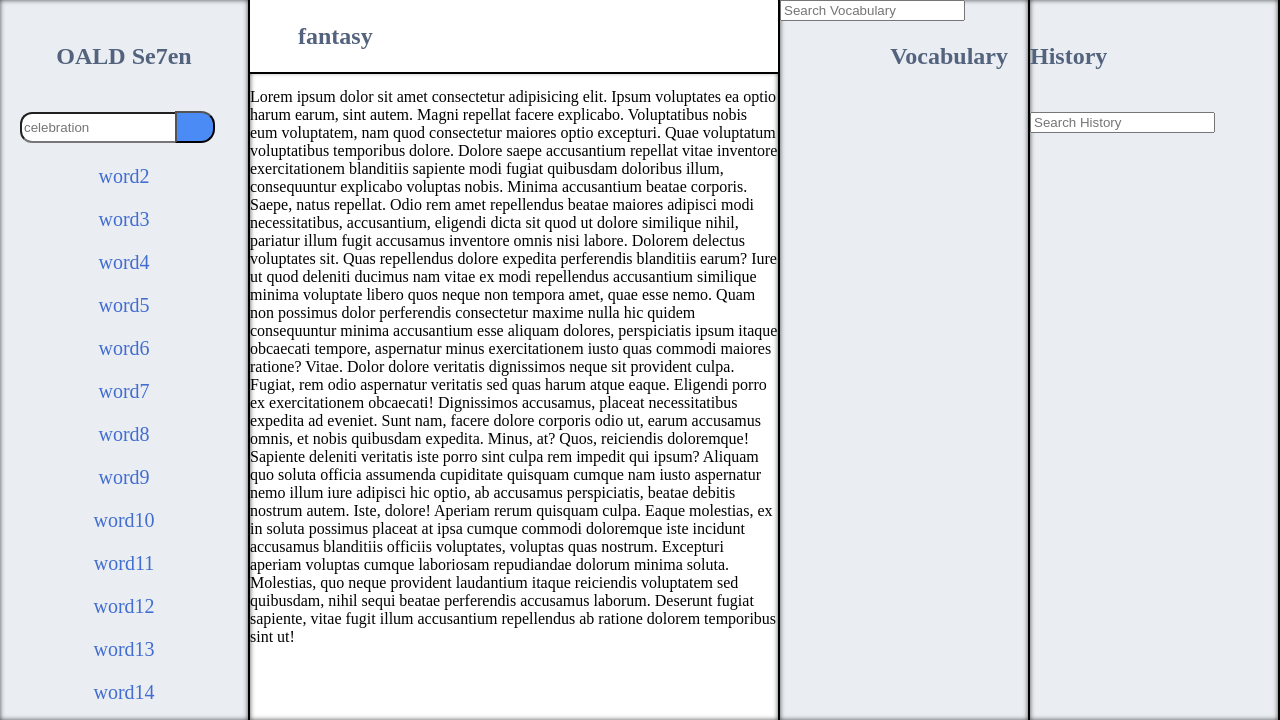
Repository: JJianZ/miao
Page: a.html
An editor plug-in stored every save of this project. The page is shown before and after the next save, followed by the edit.
The browser window is 1280 px wide. The pictures show the whole page.

Above is the page before, as saved 2021-11-23 10:51:31.

### a.html
<!DOCTYPE html>
<html lang="en">
<head>
  <meta charset="UTF-8">
  <meta http-equiv="X-UA-Compatible" content="IE=edge">
  <meta name="viewport" content="width=device-width, initial-scale=1.0">
  <title>Document</title>
  <style>
    html,body {
      margin: 0;
      padding: 0;
      height: 100%;
    }

    div {
      /* width: 100%; */
      height: 100%;
      position: relative;
      min-width: 300px;
      overflow: auto;
    }
    div > * {
      box-shadow:0px 0px 5px rgba(0,0,0,0.7) inset;
    }
    aside {
      position: absolute;
      width: 250px;
      height: 100%;
      background-color: #eaeef3;
      border-right: black 2px solid;
      box-sizing: border-box;
      overflow: auto;
    }
    h2 {
      position: relative;
      height: 72px;
      line-height: 72px;
      color: #53637d;
    }
    .first h2 {
      text-align: center;
    }
    .first input {
      position: absolute;
      height: 25px;
      width: 150px;
      left: 20px;
      border-radius: 12px 0  0  12px;
    }
    .first button {
      position: absolute;
      background-color: #4a8bf5;
      height: 32px;
      width: 40px;
      top: 111px;
      left: 175px;
      border-radius: 0 14px 14px 0;
    }
    .first ul {
      padding: 0;
      list-style: none;
      font-size: 20px;
      text-align: center;
    }
    .first ul a {
      color: #426dd0;
      text-decoration: none;
      display: inline-block;
      padding: 10px 0;
    }
    .first ul a:hover {
      width: 100%;
      color: black;
      background-color: #bbcee9;
    }
    header {
      position: absolute;
      left: 250px;
      height: 72px;
      right: 500px;
      line-height: 70px;
      border-bottom: black 2px solid;
      border-right: black 2px solid;
      box-shadow: none;
    }
    header h2 {
      left: 2em;
      top: -20px;
    }
    main {
      position: absolute;
      top: 72px;
      left: 250px;
      right: 500px;
      bottom: 0;
      border-right: black 2px solid;
      overflow: auto;
    }
    .second {
      right: 250px;
    }
    .second h2 {
      position: absolute;
      right: 20px;
    }
    .third {
      right: 0px;
    }
  </style>
</head>
<body>
  <div>
    <aside class="first">
      <h2>OALD Se7en</h2>
      <input type="text" placeholder="celebration">
      <button></button>
      <ul>
        <li><a href="#">word1</a></li>
        <li><a href="#">word2</a></li>
        <li><a href="#">word3</a></li>
        <li><a href="#">word4</a></li>
        <li><a href="#">word5</a></li>
        <li><a href="#">word6</a></li>
        <li><a href="#">word7</a></li>
        <li><a href="#">word8</a></li>
        <li><a href="#">word9</a></li>
        <li><a href="#">word10</a></li>
        <li><a href="#">word11</a></li>
        <li><a href="#">word12</a></li>
        <li><a href="#">word13</a></li>
        <li><a href="#">word14</a></li>
        <li><a href="#">word15</a></li>
        <li><a href="#">word16</a></li>
        <li><a href="#">word17</a></li>
        <li><a href="#">word18</a></li>
        <li><a href="#">word19</a></li>
        <li><a href="#">word20</a></li>
        <li><a href="#">word21</a></li>
        <li><a href="#">word22</a></li>
        <li><a href="#">word23</a></li>
        <li><a href="#">word24</a></li>
        <li><a href="#">word25</a></li>
        <li><a href="#">word26</a></li>
        <li><a href="#">word27</a></li>
        <li><a href="#">word28</a></li>
        <li><a href="#">word29</a></li>
        <li><a href="#">word30</a></li>
      </ul>
    </aside>
    <header>
      <h2>fantasy</h2>
    </header>
    <main>
      <p>
        Lorem ipsum dolor sit amet consectetur adipisicing elit. Ipsum voluptates ea optio harum earum, sint autem. Magni repellat facere explicabo. Voluptatibus nobis eum voluptatem, nam quod consectetur maiores optio excepturi.
        Quae voluptatum voluptatibus temporibus dolore. Dolore saepe accusantium repellat vitae inventore exercitationem blanditiis sapiente modi fugiat quibusdam doloribus illum, consequuntur explicabo voluptas nobis. Minima accusantium beatae corporis. Saepe, natus repellat.
        Odio rem amet repellendus beatae maiores adipisci modi necessitatibus, accusantium, eligendi dicta sit quod ut dolore similique nihil, pariatur illum fugit accusamus inventore omnis nisi labore. Dolorem delectus voluptates sit.
        Quas repellendus dolore expedita perferendis blanditiis earum? Iure ut quod deleniti ducimus nam vitae ex modi repellendus accusantium similique minima voluptate libero quos neque non tempora amet, quae esse nemo.
        Quam non possimus dolor perferendis consectetur maxime nulla hic quidem consequuntur minima accusantium esse aliquam dolores, perspiciatis ipsum itaque obcaecati tempore, aspernatur minus exercitationem iusto quas commodi maiores ratione? Vitae.
        Dolor dolore veritatis dignissimos neque sit provident culpa. Fugiat, rem odio aspernatur veritatis sed quas harum atque eaque. Eligendi porro ex exercitationem obcaecati! Dignissimos accusamus, placeat necessitatibus expedita ad eveniet.
        Sunt nam, facere dolore corporis odio ut, earum accusamus omnis, et nobis quibusdam expedita. Minus, at? Quos, reiciendis doloremque! Sapiente deleniti veritatis iste porro sint culpa rem impedit qui ipsum?
        Aliquam quo soluta officia assumenda cupiditate quisquam cumque nam iusto aspernatur nemo illum iure adipisci hic optio, ab accusamus perspiciatis, beatae debitis nostrum autem. Iste, dolore! Aperiam rerum quisquam culpa.
        Eaque molestias, ex in soluta possimus placeat at ipsa cumque commodi doloremque iste incidunt accusamus blanditiis officiis voluptates, voluptas quas nostrum. Excepturi aperiam voluptas cumque laboriosam repudiandae dolorum minima soluta.
        Molestias, quo neque provident laudantium itaque reiciendis voluptatem sed quibusdam, nihil sequi beatae perferendis accusamus laborum. Deserunt fugiat sapiente, vitae fugit illum accusantium repellendus ab ratione dolorem temporibus sint ut!
      </p>
    </main>
    <aside class="second">
      <h2>Vocabulary</h2>
      <input type="text" placeholder="Search Vocabulary">
    </aside>
    <aside class="third">
      <h2>History</h2>
      <input type="text" placeholder="Search History">
    </aside>
  </div>
</body>
</html>

After the next save:
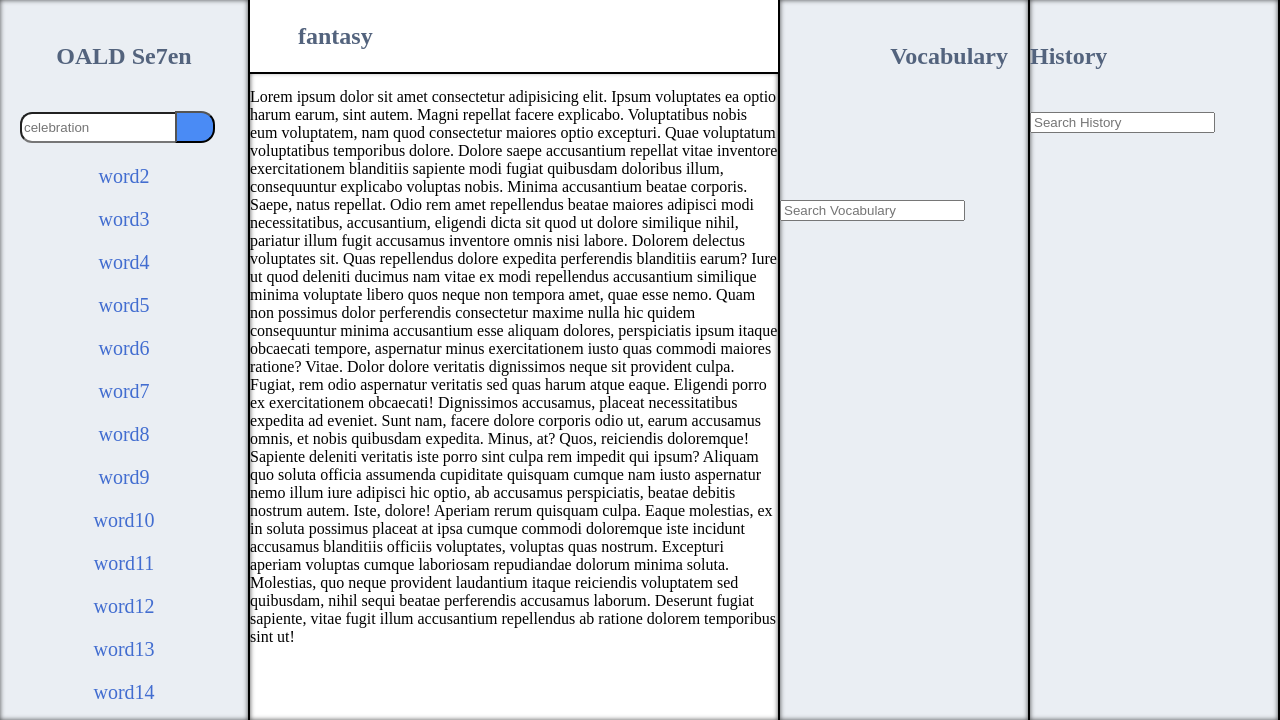
Saved 25 s later.
--- a/a.html
+++ b/a.html
@@ -103,6 +103,10 @@
       position: absolute;
       right: 20px;
     }
+    .second input {
+      position: absolute;
+      top:200px;
+    }
     .third {
       right: 0px;
     }
